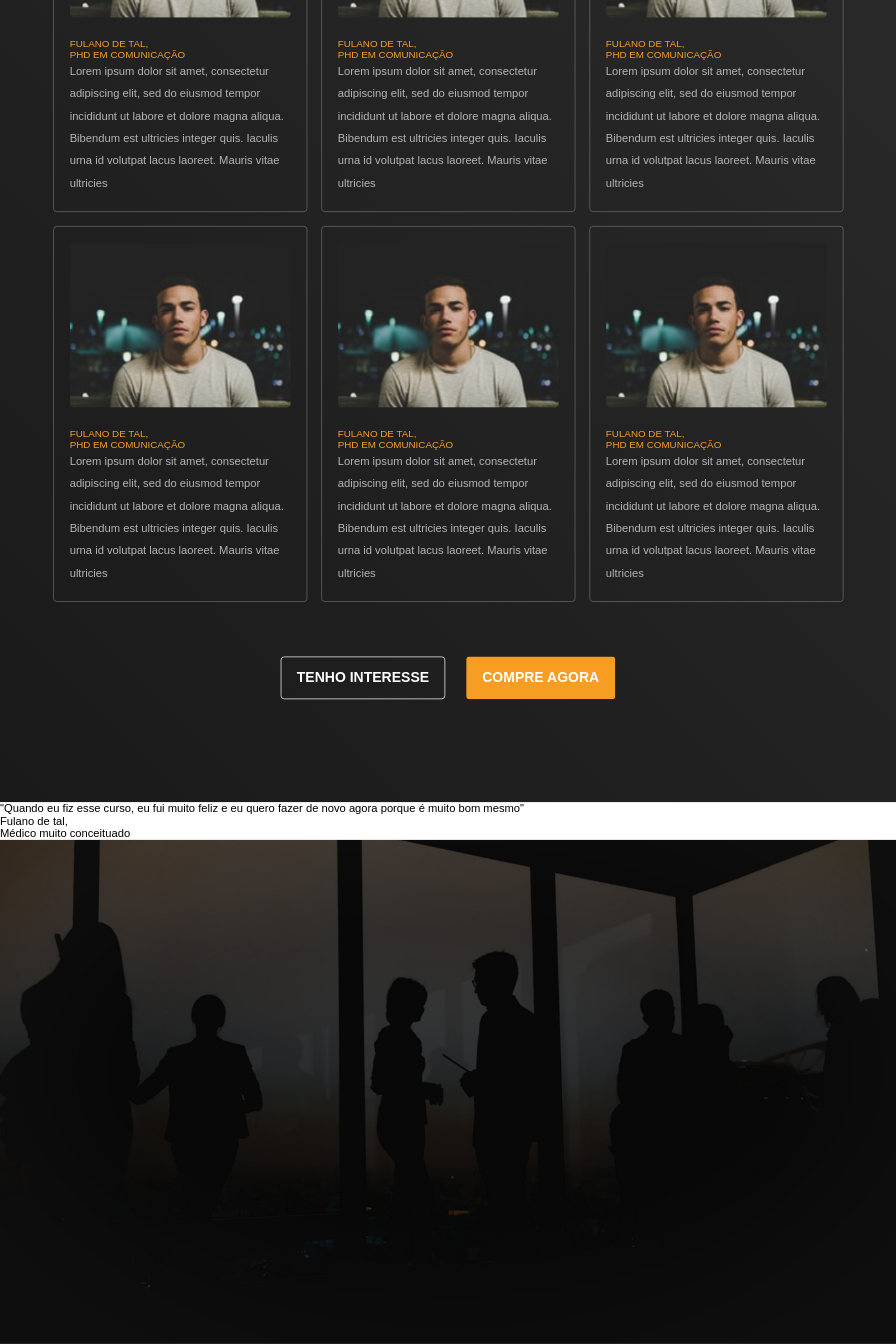
Repository: Rafael-Araujo-dev/Treinamento-Raccoon
Page: Projeto-2/index.html
The author's editor kept a copy of each file at every save. The page is drawn from the files as they stood at one save, then again after the next save.
The browser window is 1280 px wide. The pictures show the part of the page from y = 2857 to 4777 px (the page is 4777 px tall before and 4723 px after), at 70% of full size.
Backgrounds fixed to the window are drawn as part of the page. Some web fonts or font styles are not loaded; a fallback is used.

Above is the page before, as saved 2021-10-04 09:45:51.

### Projeto-2/index.html
<!DOCTYPE html>
<html>
    <head>
        <title></title>
        <meta charset="utf-8"/>
        <meta name="viewport" content="width=device-width,initial-scale=1.0,maximum-scale=1.0">
        <link rel="preconnect" href="https://fonts.googleapis.com">
        <link rel="preconnect" href="https://fonts.gstatic.com" crossorigin>
        <link href="https://fonts.googleapis.com/css2?family=Yantramanav:wght@300;400;700&display=swap" rel="stylesheet">
        <link rel="stylesheet" href="https://use.fontawesome.com/releases/v5.15.4/css/all.css" integrity="sha384-DyZ88mC6Up2uqS4h/KRgHuoeGwBcD4Ng9SiP4dIRy0EXTlnuz47vAwmeGwVChigm" crossorigin="anonymous">
        <link rel="stylesheet" href="css/style.css"/>
    </head>
    <body>
        <section class="hero-section">
            <div class="hero-header">
                <img class="logo" src="images/LOGOSYNAPSE_simbolo_laranja.png"/>
            </div>
            <div class="hero-container">
                <div class="hero-title">
                    Lorem ipsum dolor sit amet,<br>
                    consectetur adipiscing elit
                </div>
                <div class="hero-text">
                    Lorem ipsum dolor sit amet, consectetur adipiscing elit, sed do eiusmod tempor incididunt ut labore et dolore
                </div>
            </div>
            <div class="hero-btn-group">
                <button class="btn secondary">
                    Tenho interesse
                </button>
                <button class="btn primary">
                    Comprar agora
                </button>
            </div>
        </section>

        <section class="course-summary">
            <div class="container">
                <div class="col m">
                    <span class="rectangule"></span>
                    <span class="title">
                        Sem<br>clientes?
                    </span>
                    <div class="text">
                        <strong>Esta seção visa explicar resumidamente o curso.</strong>
                        <br>
                        Lorem ipsum dolor sit amet, consectetur adipiscing elit, sed do eiusmod tempor incididunt ut labore et dolore magna aliqua. Bibendum est ultricies integer quis. Iaculis urna id volutpat lacus laoreet. Mauris vitae ultricies leo integer malesuada. Ac odio tempor
                    </div>
                    <div class="btn-group">
                        <button class="btn secondary">
                            Tenho interesse
                        </button>
                        <button class="btn primary">
                            Comprar agora
                        </button>
                    </div>
                </div>
                <div class="col l">
                    <div class="card-container">
                        <div class="card-item">
                            <div class="container">
                                <div class="card-image">
                                    <img src="./images/Oratória Digital Logo-1.png"/>
                                </div>
                                <div class="card-description">
                                    <div class="card-title">
                                        Objetivo
                                    </div>
                                    <div class="card-text">
                                        Lorem ipsum dolor sit amet, consectetur adipiscing elit, sed do eiusmod tempor incididunt
                                    </div>
                                </div>
                            </div>
                        </div>
                        <div class="card-item">
                            <div class="container">
                                <div class="card-image">
                                    <img src="./images/Oratória Digital Logo-1.png"/>
                                </div>
                                <div class="card-description">
                                    <div class="card-title">
                                        Competências
                                    </div>
                                    <div class="card-text">
                                        Lorem ipsum dolor sit amet, consectetur adipiscing elit, sed do eiusmod tempor incididunt
                                    </div>
                                </div>
                            </div>
                        </div>
                        <div class="card-item">
                            <div class="container">
                                <div class="card-image">
                                    <img src="./images/Oratória Digital Logo-1.png"/>
                                </div>
                                <div class="card-description">
                                    <div class="card-title">
                                        Metodologia
                                    </div>
                                    <div class="card-text">
                                        Lorem ipsum dolor sit amet, consectetur adipiscing elit, sed do eiusmod tempor incididunt
                                    </div>
                                </div>
                            </div>
                        </div>
                        <div class="card-item">
                            <div class="container">
                                <div class="card-image">
                                    <img src="./images/Oratória Digital Logo-1.png"/>
                                </div>
                                <div class="card-description">
                                    <div class="card-title">
                                        Professores
                                    </div>
                                    <div class="card-text">
                                        Lorem ipsum dolor sit amet, consectetur adipiscing elit, sed do eiusmod tempor incididunt
                                    </div>
                                </div>
                            </div>
                        </div>
                    </div>
                </div>
                <center>
                    <div class="btn-group mobile">
                        <button class="btn secondary">
                            Tenho interesse
                        </button>
                        <button class="btn primary">
                            Comprar agora
                        </button>
                    </div>
                </center>
            </div>
        </section>

        <section class="take-course">
            <div class="container">
                <div class="text">
                    Chegou a sua hora de brilhar <br>lorem ipsum dolor sit amet
                </div>
                <div class="card">
                    <div class="text">
                        R$ 5.000,00
                    </div>
                    <button class="btn white">
                        Fazer o curso
                    </button>
                </div>
            </div>
        </section>

        <section class="course-skills">
            <div class="container desktop">
                <div class="menu">
                    <ul class="items">
                       <li class="item active">
                           Competência 1
                           <div class="bar active"></div>
                       </li>
                       <li class="item">
                        Competência 2
                        <div class="bar disabled"></div>
                        </li>
                        <li class="item">
                            Competência 3
                            <div class="bar disabled"></div>
                        </li>
                        <li class="item">
                            Competência 4
                            <div class="bar disabled"></div>
                        </li>
                    </ul>
                </div>
                <div class="description">
                    <div class="text">
                        <strong>Esta seção visa explicar as competências que os alunos possuirão uma vez que concluírem o curso.</strong> Lorem ipsum dolor sit amet, consectetur adipiscing elit, sed do eiusmod tempor incididunt ut labore et dolore magna aliqua. Bibendum est ultricies integer quis. Iaculis urna id volutpat lacus laoreet. Mauris.
                    </div>
                    <div class="btn-group">
                        <button class="btn primary">
                            Tenho interesse
                        </button>
                        <button class="btn secondary">
                            Compre agora
                        </button>
                    </div>
                </div>
            </div>
            <div class="container-mobile">
                <div class="title">
                    <!-- <span class="rectangule"></span> -->
                    O que você <br> Aprenderá
                </div>
                <div class="accordion">
                    <input id="competencia-1" type="checkbox" class="accordion-toggle" checked/>
                    <label for="competencia-1">
                        Competência 1
                    </label>
                    <section>
                        <p>
                            Lorem ipsum dolor sit amet, consectetur adipiscing elit, sed do eiusmod tempor incididunt ut labore et dolore magna aliqua. Bibendum est ultricies integer quis. Iaculis urna id volutpat lacus laoreet.
                        </p>
                    </section>
                </div>
                <div class="accordion">
                    <input id="competencia-2" type="checkbox" class="accordion-toggle"/>
                    <label for="competencia-2">
                        Competência 2
                    </label>
                    <section>
                        <p>
                            Lorem ipsum dolor sit amet, consectetur adipiscing elit, sed do eiusmod tempor incididunt ut labore et dolore magna aliqua. Bibendum est ultricies integer quis. Iaculis urna id volutpat lacus laoreet.
                        </p>
                    </section>
                </div>
                <div class="accordion">
                    <input id="competencia-3" type="checkbox" class="accordion-toggle"/>
                    <label for="competencia-3">
                        Competência 3
                    </label>
                    <section>
                        <p>
                            Lorem ipsum dolor sit amet, consectetur adipiscing elit, sed do eiusmod tempor incididunt ut labore et dolore magna aliqua. Bibendum est ultricies integer quis. Iaculis urna id volutpat lacus laoreet.
                        </p>
                    </section>
                </div>
                <div class="accordion">
                    <input id="competencia-4" type="checkbox" class="accordion-toggle"/>
                    <label for="competencia-4">
                        Competência 4
                    </label>
                    <section>
                        <p>
                            Lorem ipsum dolor sit amet, consectetur adipiscing elit, sed do eiusmod tempor incididunt ut labore et dolore magna aliqua. Bibendum est ultricies integer quis. Iaculis urna id volutpat lacus laoreet.
                        </p>
                    </section>
                </div>
                <div class="btn-group">
                    <button class="btn secondary">
                        Tenho interesse
                    </button>
                    <button class="btn primary">
                        Compre agora
                    </button>
                </div>
            </div>
        </section>

        <section class="our-teachers">
            <div class="container">
                <div class="header">
                    <span class="rectangule"></span>
                    <span class="title">
                        Nossos<br>Professores
                    </span>
                </div>

            <div class="card-container">
                <div class="card-item">
                    <div class="container">
                        <div class="card-image">
                            <img src="./images/Retângulo 27-1.png"/>
                        </div>
                        <div class="card-description">
                            <div class="card-title">
                                FULANO DE TAL,
                                <br>phd em comunicação
                            </div>
                            <div class="card-text">
                                Lorem ipsum dolor sit amet, consectetur adipiscing elit, sed do eiusmod tempor incididunt ut labore et dolore magna aliqua. Bibendum est ultricies integer quis. Iaculis urna id volutpat lacus laoreet. Mauris vitae ultricies
                            </div>
                        </div>
                    </div>
                </div>
                <div class="card-item">
                    <div class="container">
                        <div class="card-image">
                            <img src="./images/Retângulo 27-1.png"/>
                        </div>
                        <div class="card-description">
                            <div class="card-title">
                                FULANO DE TAL,
                                <br>phd em comunicação
                            </div>
                            <div class="card-text">
                                Lorem ipsum dolor sit amet, consectetur adipiscing elit, sed do eiusmod tempor incididunt ut labore et dolore magna aliqua. Bibendum est ultricies integer quis. Iaculis urna id volutpat lacus laoreet. Mauris vitae ultricies
                            </div>
                        </div>
                    </div>
                </div>
                <div class="card-item">
                    <div class="container">
                        <div class="card-image">
                            <img src="./images/Retângulo 27-1.png"/>
                        </div>
                        <div class="card-description">
                            <div class="card-title">
                                FULANO DE TAL,
                                <br>phd em comunicação
                            </div>
                            <div class="card-text">
                                Lorem ipsum dolor sit amet, consectetur adipiscing elit, sed do eiusmod tempor incididunt ut labore et dolore magna aliqua. Bibendum est ultricies integer quis. Iaculis urna id volutpat lacus laoreet. Mauris vitae ultricies
                            </div>
                        </div>
                    </div>
                </div>
                <div class="card-item">
                    <div class="container">
                        <div class="card-image">
                            <img src="./images/Retângulo 27-1.png"/>
                        </div>
                        <div class="card-description">
                            <div class="card-title">
                                FULANO DE TAL,
                                <br>phd em comunicação
                            </div>
                            <div class="card-text">
                                Lorem ipsum dolor sit amet, consectetur adipiscing elit, sed do eiusmod tempor incididunt ut labore et dolore magna aliqua. Bibendum est ultricies integer quis. Iaculis urna id volutpat lacus laoreet. Mauris vitae ultricies
                            </div>
                        </div>
                    </div>
                </div>
                <div class="card-item">
                    <div class="container">
                        <div class="card-image">
                            <img src="./images/Retângulo 27-1.png"/>
                        </div>
                        <div class="card-description">
                            <div class="card-title">
                                FULANO DE TAL,
                                <br>phd em comunicação
                            </div>
                            <div class="card-text">
                                Lorem ipsum dolor sit amet, consectetur adipiscing elit, sed do eiusmod tempor incididunt ut labore et dolore magna aliqua. Bibendum est ultricies integer quis. Iaculis urna id volutpat lacus laoreet. Mauris vitae ultricies
                            </div>
                        </div>
                    </div>
                </div>
                <div class="card-item">
                    <div class="container">
                        <div class="card-image">
                            <img src="./images/Retângulo 27-1.png"/>
                        </div>
                        <div class="card-description">
                            <div class="card-title">
                                FULANO DE TAL,
                                <br>phd em comunicação
                            </div>
                            <div class="card-text">
                                Lorem ipsum dolor sit amet, consectetur adipiscing elit, sed do eiusmod tempor incididunt ut labore et dolore magna aliqua. Bibendum est ultricies integer quis. Iaculis urna id volutpat lacus laoreet. Mauris vitae ultricies
                            </div>
                        </div>
                    </div>
                </div>
            </div>
            <div class="btn-group">
                <button class="btn secondary">
                    Tenho interesse
                </button>
                <button class="btn primary">
                    Compre agora
                </button>
            </div>
        </div>
        </section>

        <section class="opinions">
            <div class="carousel">
                <div class="carousel-inner">
                    <div class="carousel-item">
                        <p class="text">
                            "Quando eu fiz esse curso, eu fui muito feliz e eu quero fazer de novo agora porque é muito bom mesmo"
                            <p class="credits">
                                Fulano de tal,<br>
                                Médico muito conceituado
                            </p>
                        </p>
                        <img class="image" src="./images/opinion.png"/>
                    </div>
                </div>
            </div>
        </section>

    </body>
</html>

Loaded but not shown: Projeto-2/css/style.css (801 lines, source omitted)

After the next save:
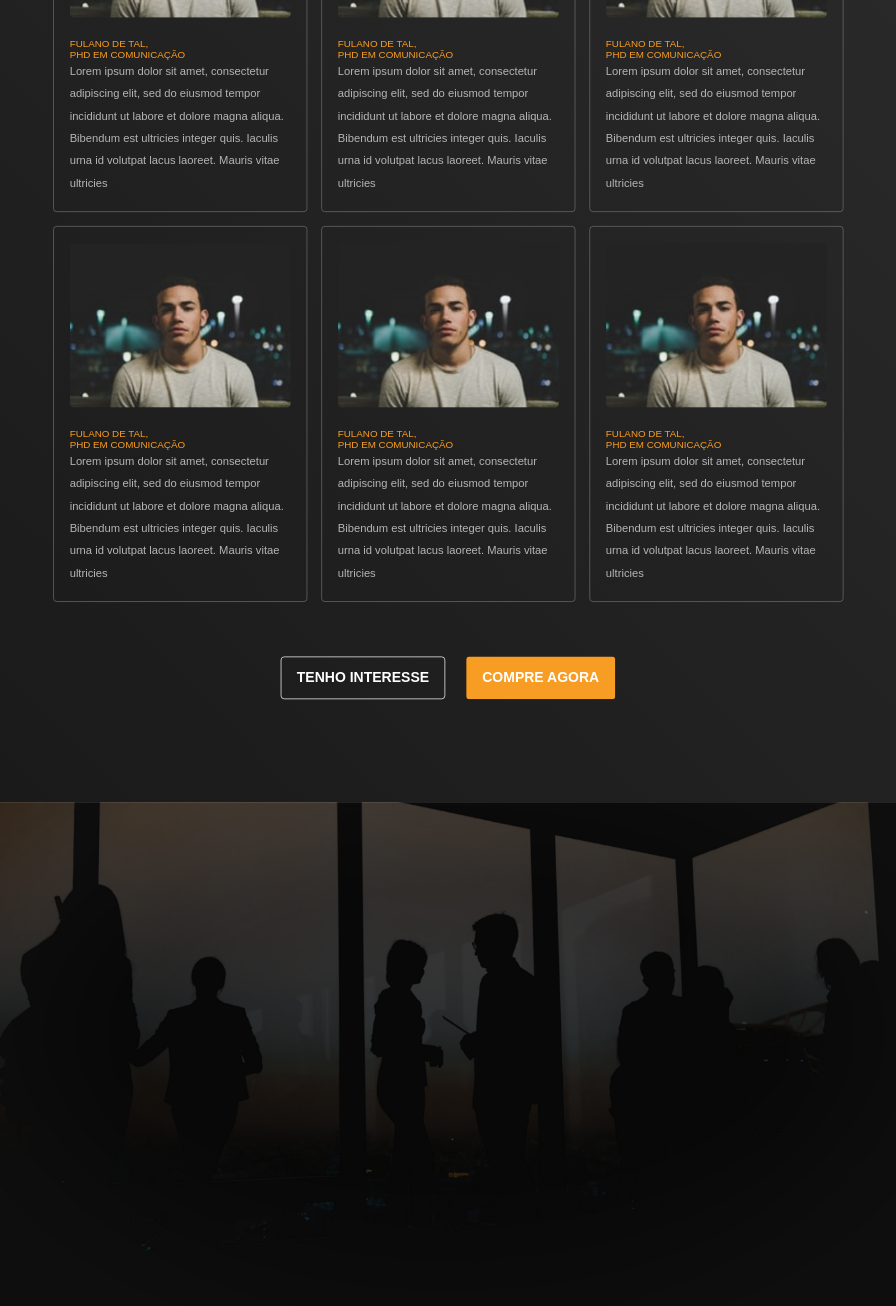
Saved 13 s later.
--- a/Projeto-2/index.html
+++ b/Projeto-2/index.html
@@ -366,6 +366,8 @@
             <div class="carousel">
                 <div class="carousel-inner">
                     <div class="carousel-item">
+
+                        <img class="image" src="./images/opinion.png"/>
                         <p class="text">
                             "Quando eu fiz esse curso, eu fui muito feliz e eu quero fazer de novo agora porque é muito bom mesmo"
                             <p class="credits">
@@ -373,7 +375,6 @@
                                 Médico muito conceituado
                             </p>
                         </p>
-                        <img class="image" src="./images/opinion.png"/>
                     </div>
                 </div>
             </div>
